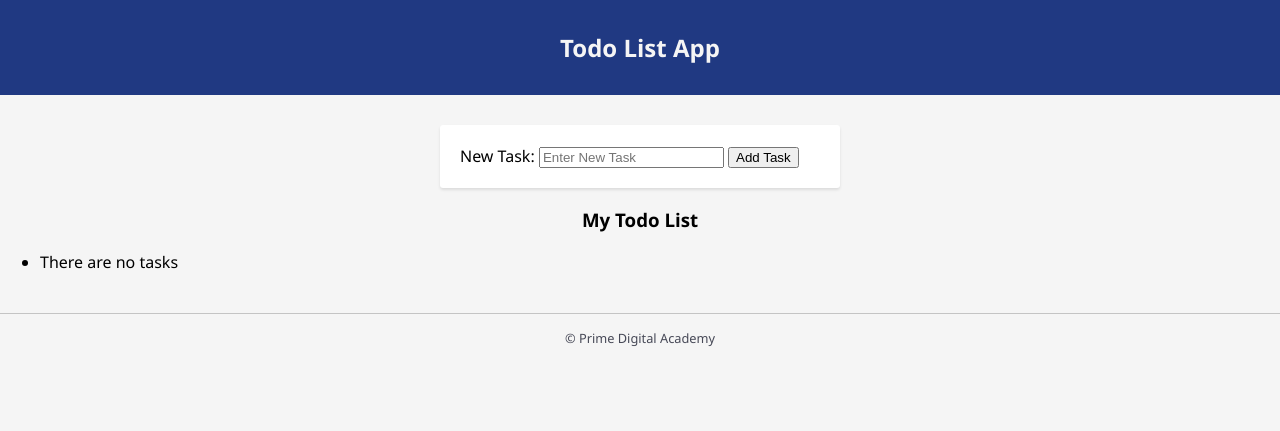
Repository: ryanmgregory/ursus-todo-list
Page: index.html
These files come from the project's save history. The page is drawn as it stood at one moment and after the next save; the edit follows.
The browser window is 1280 px wide. The pictures show the whole page.

Above is the page before, as saved 2020-03-19 22:52:24.

After the next save:
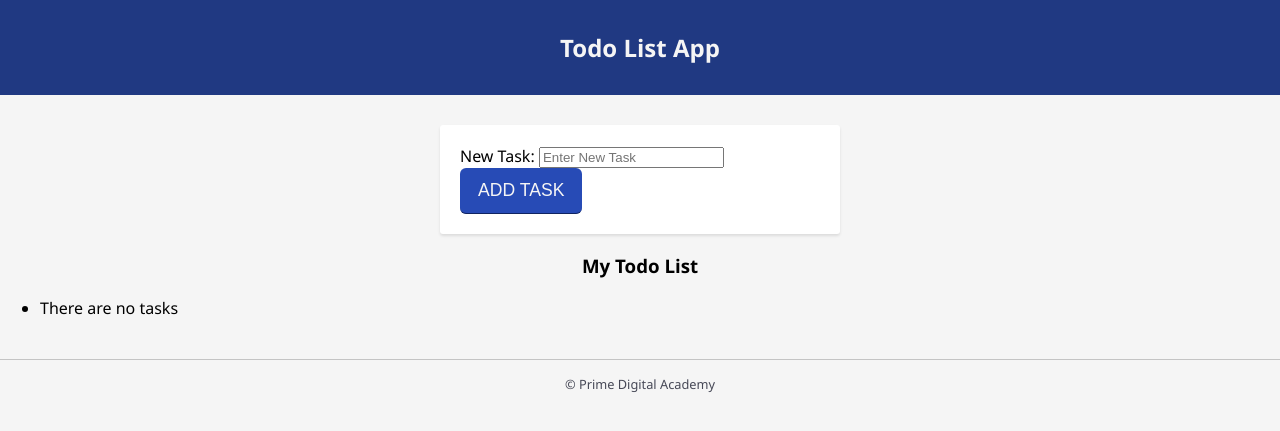
Saved 2 min 53 s later.
--- a/index.html
+++ b/index.html
@@ -20,7 +20,7 @@
       <form class="js-form-add">
         <label>New Task:</label>
         <input class="js-input-task" type="text" placeholder="Enter New Task" />
-        <button class="js-btn-add" type="submit">Add Task</button>
+        <button class="btn" type="submit">Add Task</button>
       </form>
     </div>
 
